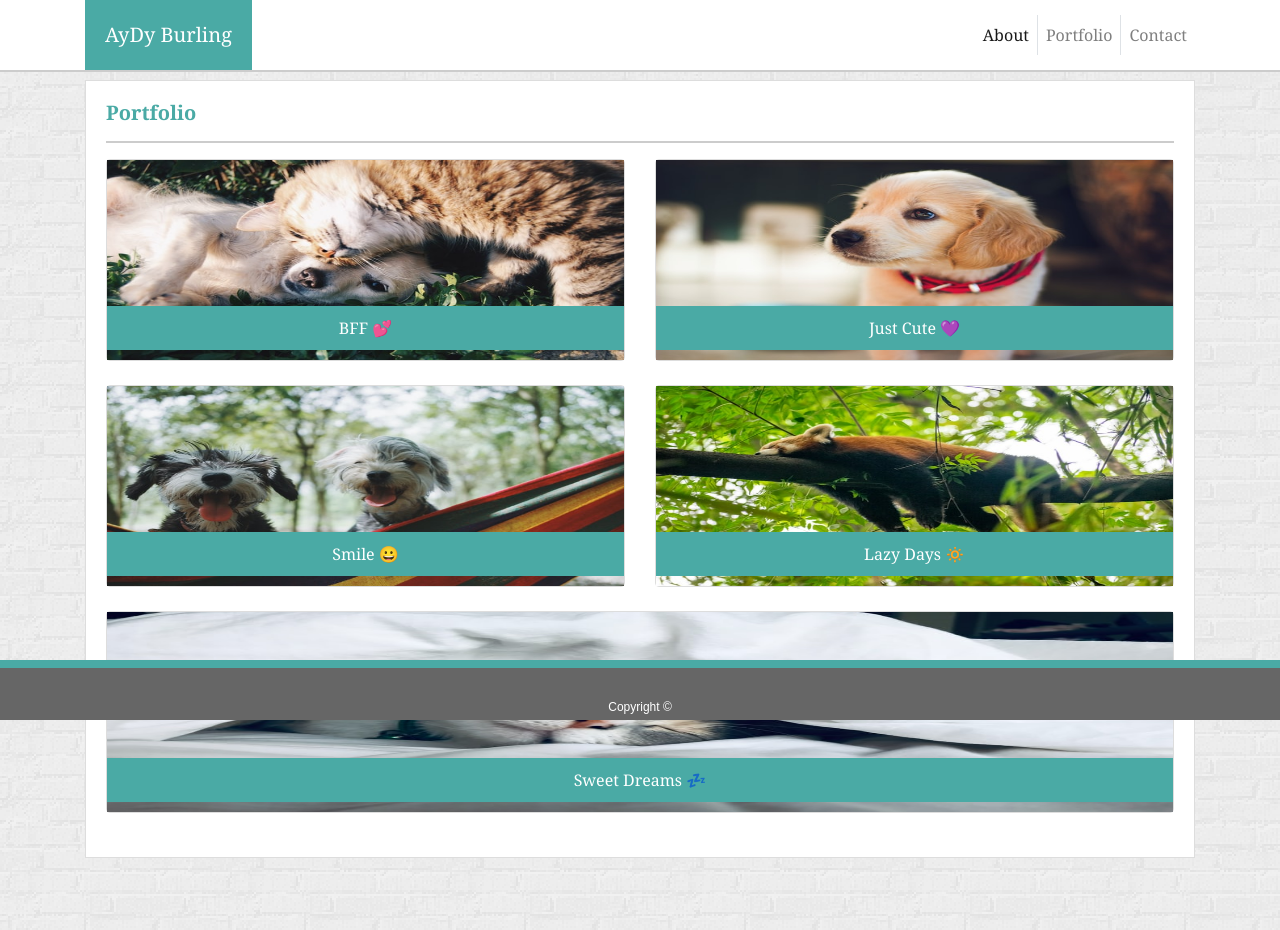
Repository: Dee1985/AyDy-Burling-prework
Page: Module-1_Assessment/portfolio.html
An editor plug-in stored every save of this project. The page is shown before and after the next save, followed by the edit.
The browser window is 1280 px wide. The pictures show the whole page.

Above is the page before, as saved 2020-05-22 23:02:14.

After the next save:
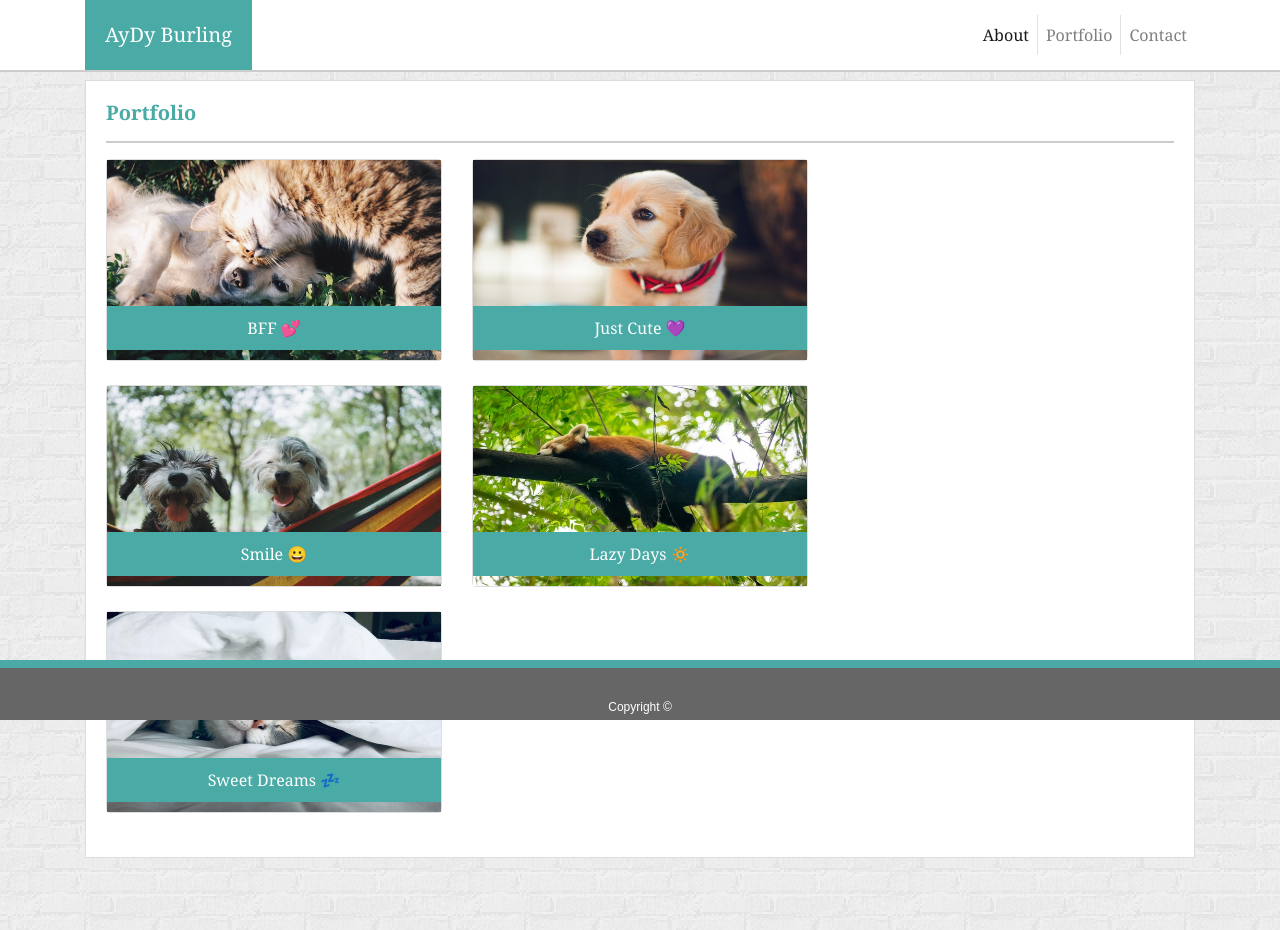
Saved 14 s later.
--- a/Module-1_Assessment/portfolio.html
+++ b/Module-1_Assessment/portfolio.html
@@ -56,7 +56,7 @@
               <!-- start of cards -->
             <div class="row justify-content-start">
               <!-- first card -->
-                <div class="col mb-4">
+                <div class="col-4 mb-4">
                             <div class="card text-white">
                                 <img src="assets/img/krista-mangulsone-9gz3wfHr65U-unsplash.jpg" width="100%" height="200" alt="cat and dog cuddles">
                                 <div class="card-heading text-center">
@@ -65,7 +65,7 @@
                             </div>
                         </div>
                <!-- second card -->
-                <div class="col mb-4">
+                <div class="col-4 mb-4">
                             <div class="card text-white">
                                 <img src="assets/img/berkay-gumustekin-ngqyo2AYYnE-unsplash.jpg" width="100%" height="200" alt="puppy pic">
                                 <div class="card-heading text-center">
@@ -76,7 +76,7 @@
             </div>
                <!-- third card -->
             <div class="row">
-              <div class="col mb-4">
+              <div class="col-4 mb-4">
                             <div class="card text-white">
                                 <img src="assets/img/alvan-nee-FHl79chXS6s-unsplash.jpg" width="100%" height="200px" alt="two dogs smiling">
                                 <div class="card-heading text-center">
@@ -85,7 +85,7 @@
                             </div>
                         </div>
                <!-- fourth card -->
-                   <div class="col mb-4">
+                   <div class="col-4 mb-4">
                             <div class="card text-white">
                                 <img src="assets/img/chris-curry-GYpsSWHslHA-unsplash.jpg" width="100%" height="200px" alt="animal sleeping on branch">
                                 <div class="card-heading text-center">
@@ -96,7 +96,7 @@
                         </div>
                <!-- fifth card -->
                <div class="row justify-content-start">
-                   <div class="col mb-4">
+                   <div class="col-4 mb-4">
                             <div class="card text-white">
                                 <img src="assets/img/kate-stone-matheson-uy5t-CJuIK4-unsplash.jpg" width="100%" height="200px" alt="cat under a blanket">
                                 <div class="card-heading text-center">
